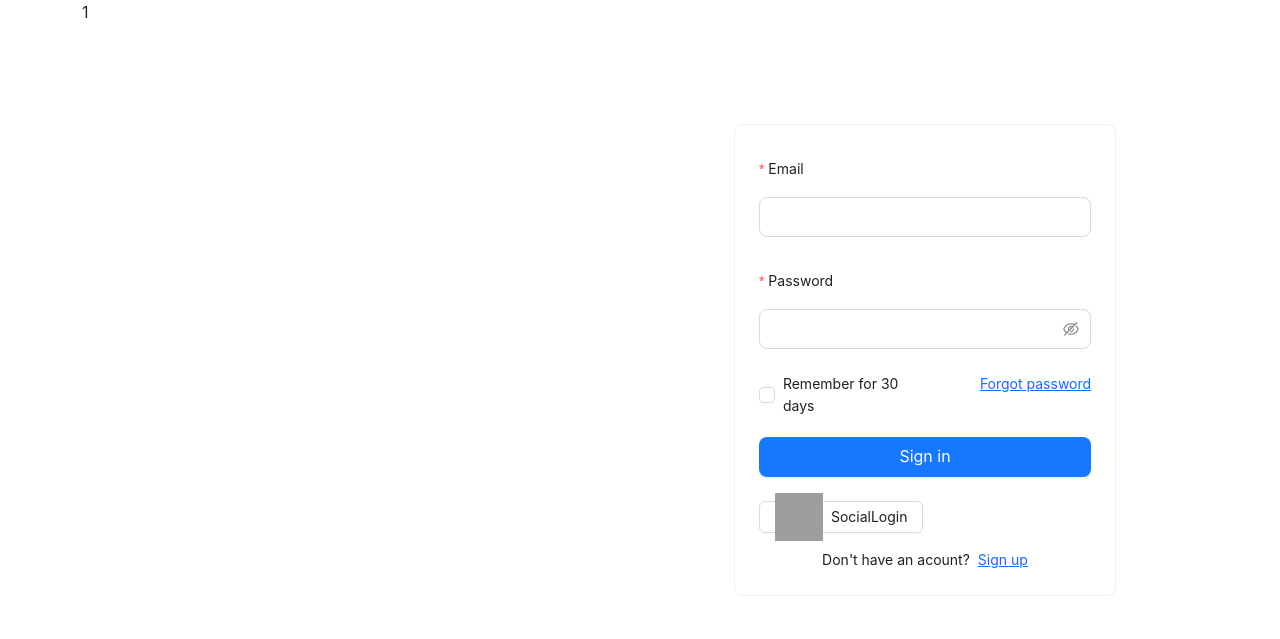
Repository: di-huynh-dev/kanban-inventory-management
Page: /
An editor plug-in stored every save of this project. The page is shown before and after the next save, followed by the edit.
The browser window is 1280 px wide. The pictures show the whole page.
Pictures or frames that could not be fetched are drawn as grey boxes. The project was rebuilt for these pictures with package versions that can differ from the ones it lists, and the page was loaded fresh each time. Also part of the build but not shown: src/App.css, src/pages/auth/SignUp.tsx, src/routers/MainRouter.tsx.

Above is the page before, as saved 2024-09-07 12:39:29.

### public/index.html
<!DOCTYPE html>
<html lang="en">
  <head>
    <meta charset="utf-8" />
    <link rel="icon" href="%PUBLIC_URL%/favicon.ico" />
    <meta name="viewport" content="width=device-width, initial-scale=1" />
    <meta name="theme-color" content="#000000" />
    <meta
      name="description"
      content="Web site created using create-react-app"
    />
    <link rel="apple-touch-icon" href="%PUBLIC_URL%/logo192.png" />
    <link
      rel="stylesheet"
      href="https://cdn.jsdelivr.net/npm/bootstrap@5.3.2/dist/css/bootstrap.min.css"
      integrity="sha384-T3c6CoIi6uLrA9TneNEoa7RxnatzjcDSCmG1MXxSR1GAsXEV/Dwwykc2MPK8M2HN"
      crossorigin="anonymous"
    />
    <!--
      manifest.json provides metadata used when your web app is installed on a
      user's mobile device or desktop. See https://developers.google.com/web/fundamentals/web-app-manifest/
    -->
    <link rel="manifest" href="%PUBLIC_URL%/manifest.json" />
    <!--
      Notice the use of %PUBLIC_URL% in the tags above.
      It will be replaced with the URL of the `public` folder during the build.
      Only files inside the `public` folder can be referenced from the HTML.

      Unlike "/favicon.ico" or "favicon.ico", "%PUBLIC_URL%/favicon.ico" will
      work correctly both with client-side routing and a non-root public URL.
      Learn how to configure a non-root public URL by running `npm run build`.
    -->
    <title>React App</title>
  </head>
  <body>
    <noscript>You need to enable JavaScript to run this app.</noscript>
    <div id="root"></div>
    <!--
      This HTML file is a template.
      If you open it directly in the browser, you will see an empty page.

      You can add webfonts, meta tags, or analytics to this file.
      The build step will place the bundled scripts into the <body> tag.

      To begin the development, run `npm start` or `yarn start`.
      To create a production bundle, use `npm run build` or `yarn build`.
    -->
  </body>
</html>

### src/index.css
body {
  margin: 0;
  font-family: -apple-system, BlinkMacSystemFont, 'Segoe UI', 'Roboto', 'Oxygen', 'Ubuntu', 'Cantarell', 'Fira Sans',
    'Droid Sans', 'Helvetica Neue', sans-serif;
  -webkit-font-smoothing: antialiased;
  -moz-osx-font-smoothing: grayscale;
}

code {
  font-family: source-code-pro, Menlo, Monaco, Consolas, 'Courier New', monospace;
}

.content-center {
  height: 100vh;
  justify-content: center;
  align-items: center;
  display: flex;
}

### src/App.tsx
import './App.css'
import Routers from './routers/Routers'

function App() {
  return <Routers />
}

export default App

### src/routers/Routers.tsx
import AuthRouter from './AuthRouter'
import MainRouter from './MainRouter'

const Routers = () => {
  return 1 < 2 ? <AuthRouter></AuthRouter> : <MainRouter></MainRouter>
}

export default Routers

### src/routers/AuthRouter.tsx
import { createBrowserRouter, RouterProvider } from 'react-router-dom'
import { LoginPage, SignUpPage } from '../pages'

const authRouter = createBrowserRouter([
  {
    path: '/',
    element: <LoginPage></LoginPage>,
  },
  {
    path: '/sign-up',
    element: <SignUpPage></SignUpPage>,
  },
])
const AuthRouter = () => {
  return (
    <div className="container">
      <div className="row">
        <div className="col">1</div>
        <div className="col content-center">
          <RouterProvider router={authRouter} />
        </div>
      </div>
    </div>
  )
}

export default AuthRouter

### src/pages/index.ts
import LoginPage from './auth/Login'
import SignUpPage from './auth/SignUp'

export { LoginPage, SignUpPage }

### src/pages/auth/Login.tsx
import type { FormProps } from 'antd'
import { Button, Card, Checkbox, Flex, Form, Input, Space, Typography } from 'antd'
import { useState } from 'react'
import { Link } from 'react-router-dom'
import SocialLogin from './components/SocialLogin'

type FieldType = {
  email?: string
  password?: string
  remember?: string
}

const { Title, Paragraph, Text } = Typography

const LoginPage = () => {
  const [isLoading, setIsLoading] = useState(false)
  const [isRemember, setIsRemember] = useState(false)

  const onFinish: FormProps<FieldType>['onFinish'] = (values) => {
    console.log('Success:', values)
  }

  return (
    <>
      <Card
        style={{
          width: '70%',
        }}
      >
        <Form
          layout="vertical"
          initialValues={{ remember: true }}
          onFinish={onFinish}
          disabled={isLoading}
          size="large"
        >
          <Form.Item<FieldType> label="Email" name="email" rules={[{ required: true, message: 'Enter your email!' }]}>
            <Input allowClear maxLength={100} type="email" />
          </Form.Item>

          <Form.Item<FieldType>
            label="Password"
            name="password"
            rules={[{ required: true, message: 'Enter your password!' }]}
          >
            <Input.Password />
          </Form.Item>

          <div className="row">
            <div className="col">
              <Checkbox checked={isRemember} onChange={(val) => setIsRemember(val.target.checked)}>
                Remember for 30 days
              </Checkbox>
            </div>
            <div className="col" style={{ textAlign: 'right' }}>
              <Link to={'/'}>Forgot password</Link>
            </div>
          </div>

          <Form.Item style={{ marginTop: 20 }}>
            <Button type="primary" loading={isLoading} size="large" htmlType="submit" style={{ width: '100%' }}>
              Sign in
            </Button>
          </Form.Item>
        </Form>
        <SocialLogin />
        <div className="mt-3 text-center">
          <Space>
            <Text>Don't have an acount? </Text>
            <Link to={'/sign-up'}>Sign up</Link>
          </Space>
        </div>
      </Card>
    </>
  )
}

export default LoginPage

### src/pages/auth/components/SocialLogin.tsx
import { Button } from 'antd'

const SocialLogin = () => {
  return (
    <Button
      icon={<img width="48" height="48" src="https://img.icons8.com/color/48/google-logo.png" alt="google-logo" />}
    >
      SocialLogin
    </Button>
  )
}

export default SocialLogin

Loaded but not shown: src/index.tsx (common file); src/reportWebVitals.ts (common file)

After the next save:
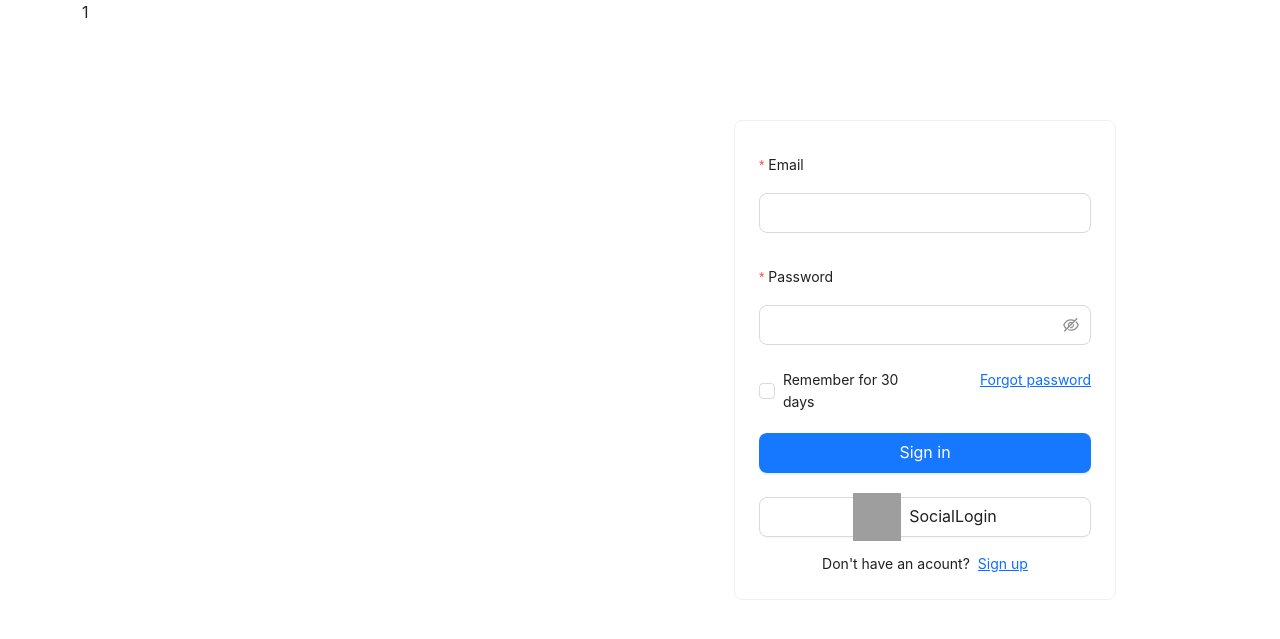
Saved 42 s later.
--- a/src/pages/auth/components/SocialLogin.tsx
+++ b/src/pages/auth/components/SocialLogin.tsx
@@ -3,6 +3,10 @@ import { Button } from 'antd'
 const SocialLogin = () => {
   return (
     <Button
+      style={{
+        width: '100%',
+      }}
+      size="large"
       icon={<img width="48" height="48" src="https://img.icons8.com/color/48/google-logo.png" alt="google-logo" />}
     >
       SocialLogin
